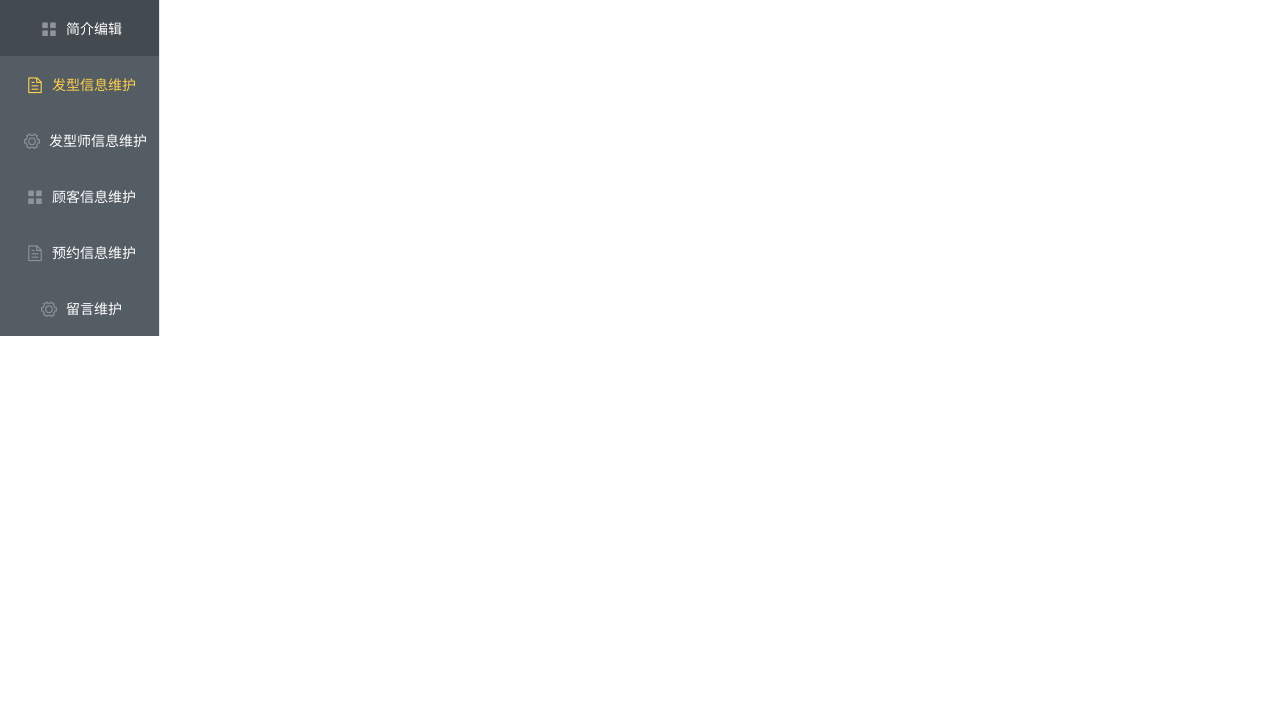
Repository: cjl0805/graduation-design-front
Page: /back/home
These files come from the project's save history. The page is drawn as it stood at one moment and after the next save; the edit follows.
The browser window is 1280 px wide. The pictures show the whole page.
The project was rebuilt for these pictures with package versions that can differ from the ones it lists, and the page was loaded fresh each time. Also part of the build but not shown: vue.config.js, src/components/RotationChart.vue, src/components/NavigationBar.vue, src/components/HairStylist.vue, src/components/HairStyle.vue, src/views/font/HairStyleView.vue, src/views/font/HairStylistView.vue, src/views/font/HomeView.vue and 13 more.

Above is the page before, as saved 2023-04-17 16:32:12.

### src/main.js
import Vue from 'vue'
import App from './App.vue'
import router from './router'
import ElementUI from 'element-ui'
import 'element-ui/lib/theme-chalk/index.css'
import axios from 'axios'
import VueAxios from 'vue-axios'
Vue.use(VueAxios, axios);
axios.interceptors.request.use(
  config => {
    if (localStorage.getItem('token')) {
      config.headers.token = localStorage.getItem('token');
    }
    return config;
  },
  error => {
    return Promise.reject(error);
  }
);

axios.interceptors.response.use(
  res => {
    if (res.data.code === 501) {
      console.log(res.data);
      alert("登录已过期，请重新登录！");
      window.localStorage.removeItem('token');
      window.localStorage.removeItem('username');
      location.reload();
    }
    return res;
  }
);

Vue.config.productionTip = false
Vue.use(ElementUI)
new Vue({
  router,
  render: h => h(App)
}).$mount('#app')

### src/router/index.js
import Vue from 'vue'
import VueRouter from 'vue-router'
import HairStyleView from '../views/font/HairStyleView.vue'
import HairStylistView from '../views/font/HairStylistView.vue'
import HomeView from '../views/font/HomeView.vue'
import login from '../views/font/login.vue'
import register from '../views/font/register.vue'
import PersonalInfo from '../views/font/PersonalInfo.vue'
import appointment from '../views/font/AppointmentView.vue'
import pay from '../views/font/PayView.vue'
import MainView from '../views/back/MainView.vue'

Vue.use(VueRouter)

const routes = [{
    path: '/',
    name: 'home',
    component: HomeView
  },
  {
    path: '/hairstyle',
    name: 'hairstyle',
    component: HairStyleView
  },
  {
    path: '/hairstylist',
    name: 'hairstylist',
    component: HairStylistView
  },
  {
    path: '/about',
    name: 'about',
    // route level code-splitting
    // this generates a separate chunk (about.[hash].js) for this route
    // which is lazy-loaded when the route is visited.
    component: () => import( /* webpackChunkName: "about" */ '../views/AboutView.vue')
  },
  {
    path: '/login',
    name: 'login',
    component: login
  },
  {
    path: '/register',
    name: 'register',
    component: register
  },
  {
    path: '/PersonalInfo',
    name: 'PersonalInfo',
    component: PersonalInfo,
  },
  {
    path: '/appointment',
    name: 'appointment',
    component: appointment
  },
  {
    path: '/pay',
    name: 'pay',
    component: pay
  },
  {
    path: '/back/home',
    name: 'MainView',
    component: MainView
  },
]

const router = new VueRouter({
  mode: 'history',
  base: process.env.BASE_URL,
  routes
})

// 导航守卫
// 使用 router.beforeEach 注册一个全局前置守卫，判断用户是否登陆
router.beforeEach((to, from, next) => {
  if (to.path === '/PersonalInfo' || to.path === '/appointment' || to.path === '/MessageCenter' || to.path === '/pay') {
    let token = localStorage.getItem('token');
    if (token === null || token === '') {
      next('/login');
    } else {
      next();
    }
  } else {
    next();
  }
});

export default router

### src/views/back/MainView.vue
<template>
  <div>
    <el-col :span="3">
      <el-menu
        style="height: 100%"
        default-active="2"
        class="el-menu-vertical-demo"
        @open="handleOpen"
        @close="handleClose"
        background-color="#545c64"
        text-color="#fff"
        active-text-color="#ffd04b"
      >
        <el-menu-item index="1">
          <i class="el-icon-menu"></i>
          <span slot="title">简介编辑</span>
        </el-menu-item>
        <el-menu-item index="2">
          <i class="el-icon-document"></i>
          <span slot="title">发型信息维护</span>
        </el-menu-item>
        <el-menu-item index="3">
          <i class="el-icon-setting"></i>
          <span slot="title">发型师信息维护</span>
        </el-menu-item>
        <el-menu-item index="4">
          <i class="el-icon-menu"></i>
          <span slot="title">顾客信息维护</span>
        </el-menu-item>
        <el-menu-item index="5">
          <i class="el-icon-document"></i>
          <span slot="title">预约信息维护</span>
        </el-menu-item>
        <el-menu-item index="6">
          <i class="el-icon-setting"></i>
          <span slot="title">留言维护</span>
        </el-menu-item>
      </el-menu>
    </el-col>
  </div>
</template>

<script>
export default {
  methods: {
    handleOpen(key, keyPath) {
      console.log(key, keyPath);
    },
    handleClose(key, keyPath) {
      console.log(key, keyPath);
    },
  },
};
</script>

<style>
.el-menu-vertical-demo {
  height: 800px;
}
</style>

Loaded but not shown: public/index.html (common file); src/App.vue (common file)

After the next save:
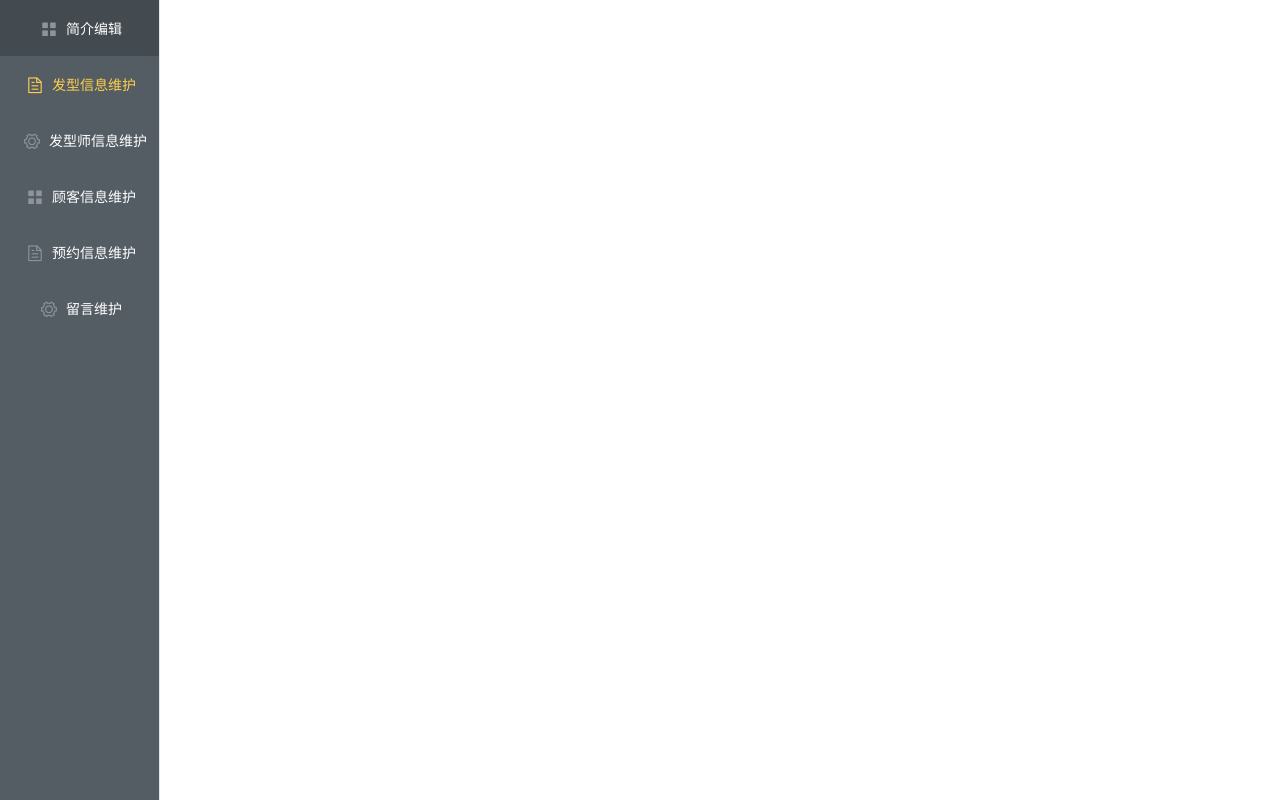
Saved 9 s later.
--- a/src/views/back/MainView.vue
+++ b/src/views/back/MainView.vue
@@ -2,7 +2,6 @@
   <div>
     <el-col :span="3">
       <el-menu
-        style="height: 100%"
         default-active="2"
         class="el-menu-vertical-demo"
         @open="handleOpen"
